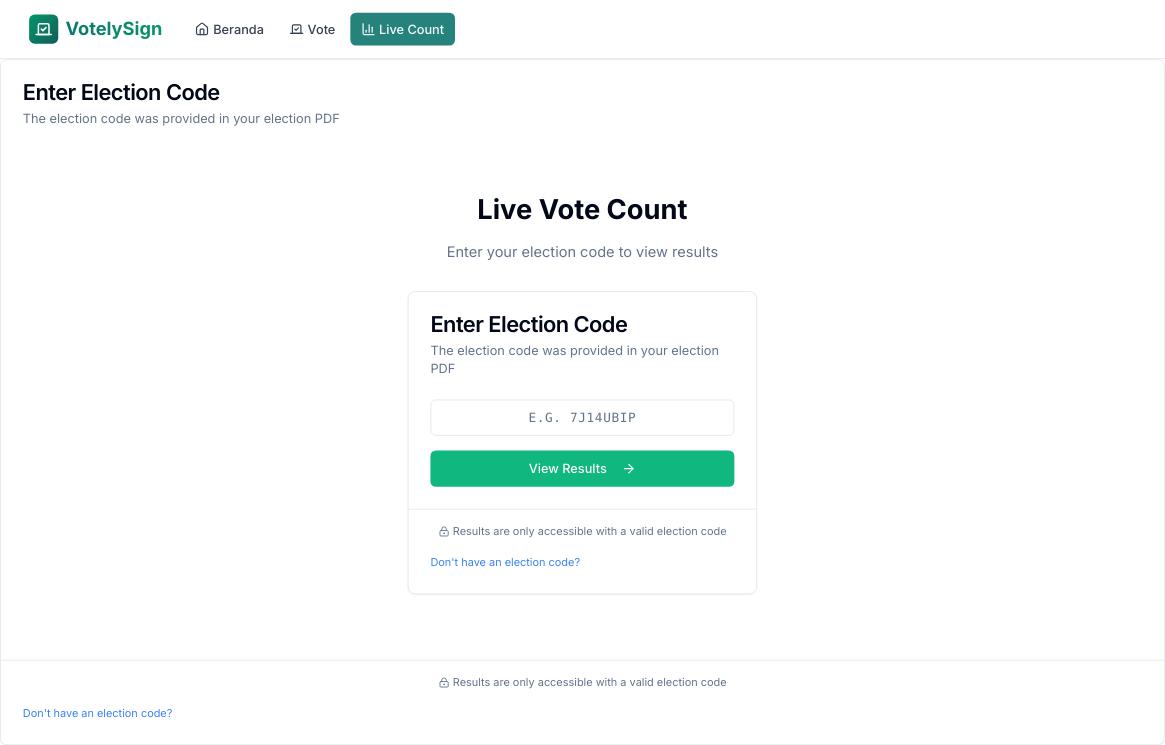
Repository: padiil/VotelySign
Page: /live-count
These files come from the project's save history. The page is drawn as it stood at one moment and after a run of saves; the edit follows.
The browser window is 1280 px wide. The pictures show the whole page, at 91% of full size.
The project was rebuilt for these pictures with package versions that can differ from the ones it lists, and the page was loaded fresh each time. The framework's server and built-in components were replaced by stand-ins that run in the browser. Also part of the build but not shown: next.config.mjs, components/ui/badge.tsx, components/ui/dropdown-menu.tsx, components/ui/tabs.tsx, components/live-count/vote-distribution-chart.tsx, components/live-count/election-stats.tsx, components/live-count/live-updates.tsx, components/ui/avatar.tsx and 6 more.

Above is the page before, as saved 2025-05-22 23:15:46.

After the next 4 saves:
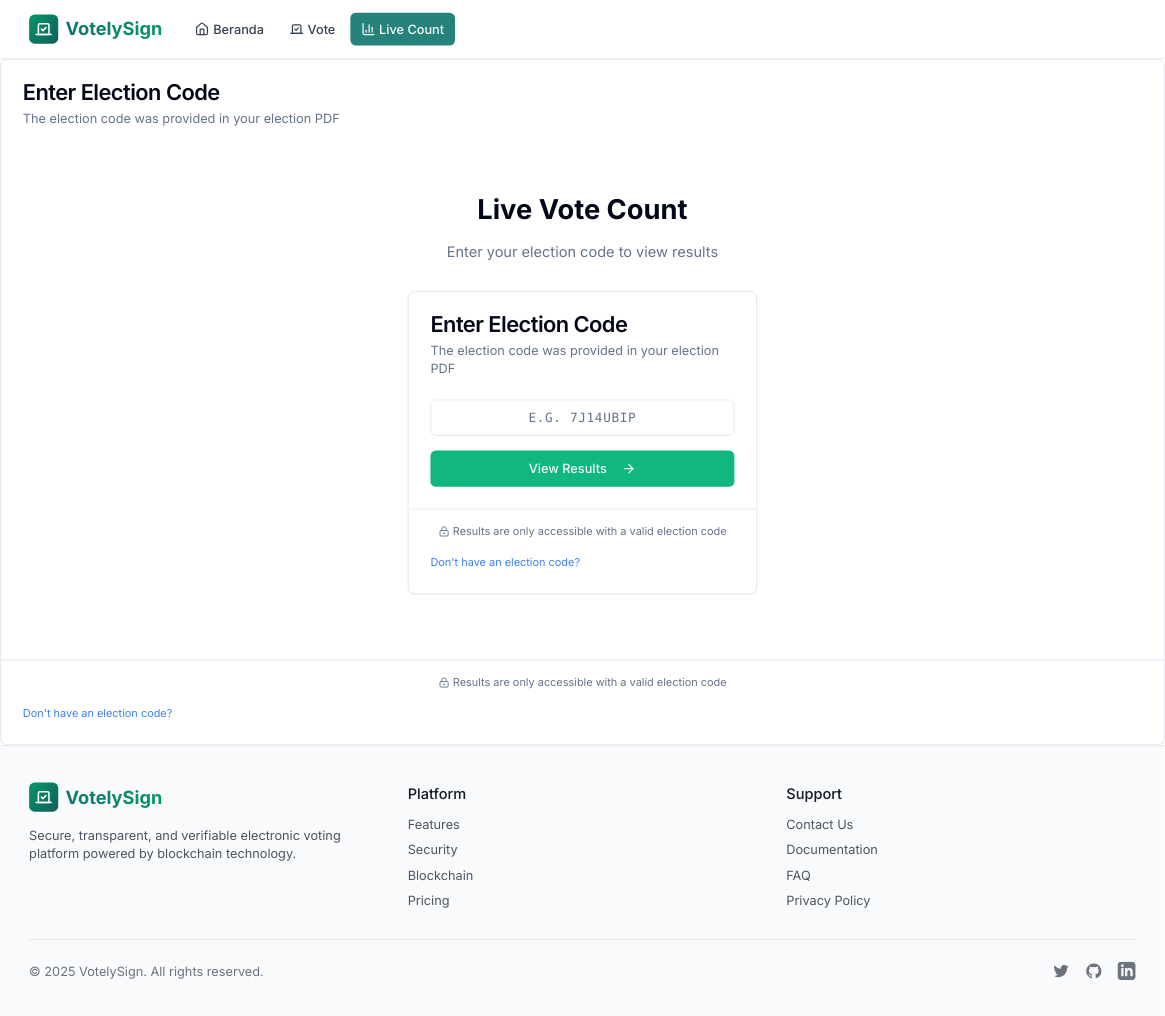
The 4 saves are shown as one change because they came seconds apart.
The last was saved 18 s later.
--- a/app/layout.tsx
+++ b/app/layout.tsx
@@ -4,6 +4,7 @@ import { Inter } from "next/font/google";
 import "./globals.css";
 import { ThemeProvider } from "@/components/theme-provider";
 import { Navbar } from "@/components/navbar";
+import { Footer } from "@/components/footer";
 
 const inter = Inter({ subsets: ["latin"] });
 
@@ -24,6 +25,7 @@ export default function RootLayout({
         <ThemeProvider attribute="class" defaultTheme="light">
           <Navbar/>
           {children}
+          <Footer/>
         </ThemeProvider>
       </body>
     </html>
